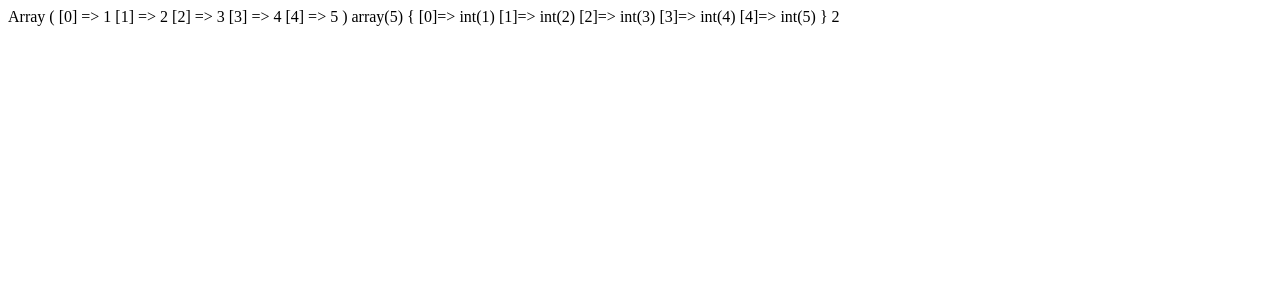
Repository: Matiss1337/PHP
Page: http://localhost/03_arrays.php
These files come from the project's save history. The page is drawn as it stood at one moment and after a run of saves; the edit follows.
The browser window is 1280 px wide. The pictures show the whole page.
The page is run by PHP 8.4 with error messages shown; the project is at /var/www/html/.

Above is the page before, as saved 2023-02-14 10:30:22.

After the next 7 saves:
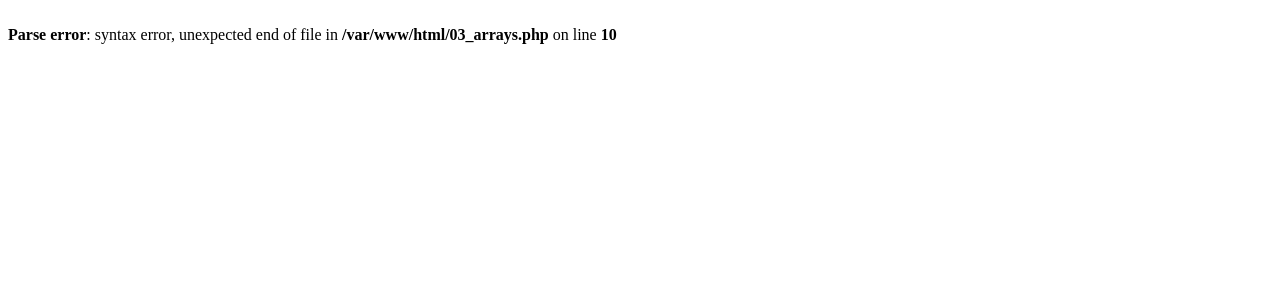
The 7 saves are shown as one change because they came seconds apart.
The last was saved 88 s later.
--- a/03_arrays.php
+++ b/03_arrays.php
@@ -4,3 +4,7 @@ $numbers = [1, 2, 3, 4, 5];
 print_r($numbers);
 var_dump($numbers);
 echo $numbers[1];
+
+//asociate arrays
+
+$hex =

After the save that followed:
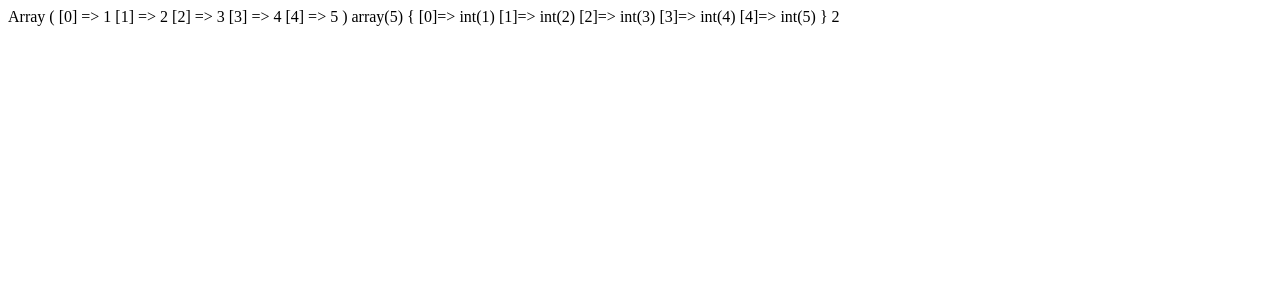
Saved 5 s later.
--- a/03_arrays.php
+++ b/03_arrays.php
@@ -7,4 +7,8 @@ echo $numbers[1];
 
 //asociate arrays
 
-$hex =
+$hex = [
+  'red' => '#f00',
+  'green' => '#0f0',
+  'blue' => '#00f',
+];
